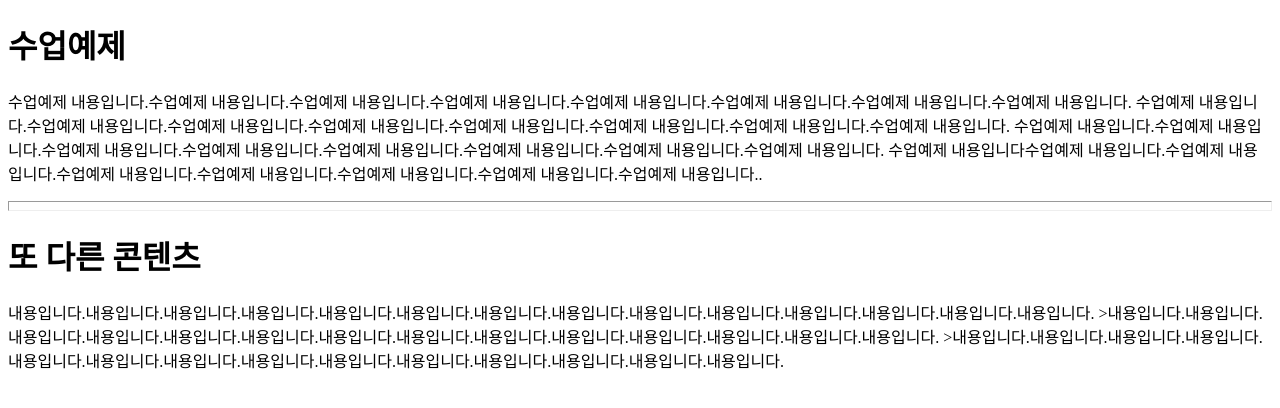
Repository: Chun0903/classStudy_github.io
Page: client/ClientTest/WebContent/ex08_hr.html
The author's editor kept a copy of each file at every save. The page is drawn from the files as they stood at one save, then again after the next save.
The browser window is 1280 px wide. The pictures show the whole page.

Above is the page before, as saved 2020-06-19 00:20:15.

After the next save:
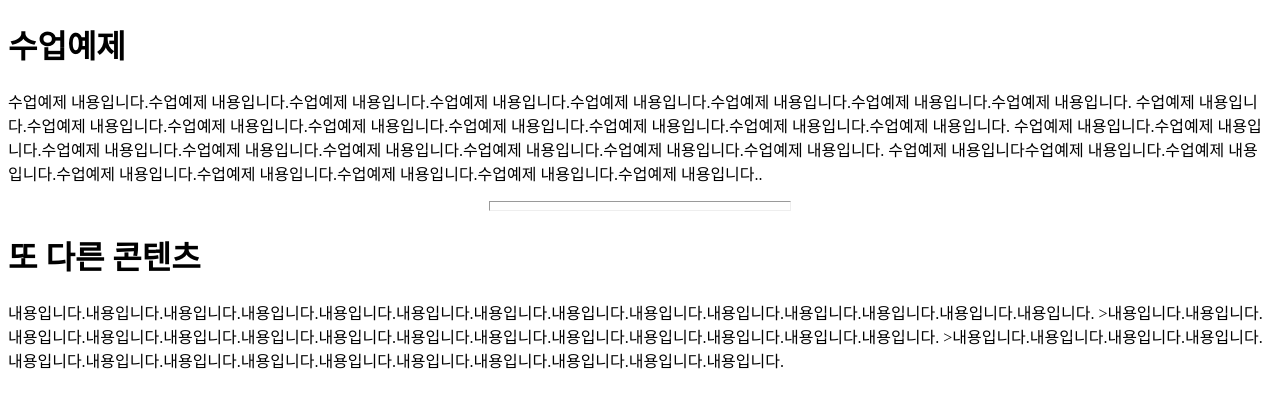
Saved 37 s later.
--- a/client/ClientTest/WebContent/ex08_hr.html
+++ b/client/ClientTest/WebContent/ex08_hr.html
@@ -32,9 +32,10 @@
 
 		<hr> 속성
 		1. size: 두께
+		2 width: 너비
 
 	-->
-	<hr size="10">
+	<hr size="10" width="300">
 
 	<h1>또 다른 콘텐츠</h1>
 	<p>내용입니다.내용입니다.내용입니다.내용입니다.내용입니다.내용입니다.내용입니다.내용입니다.내용입니다.내용입니다.내용입니다.내용입니다.내용입니다.내용입니다.
